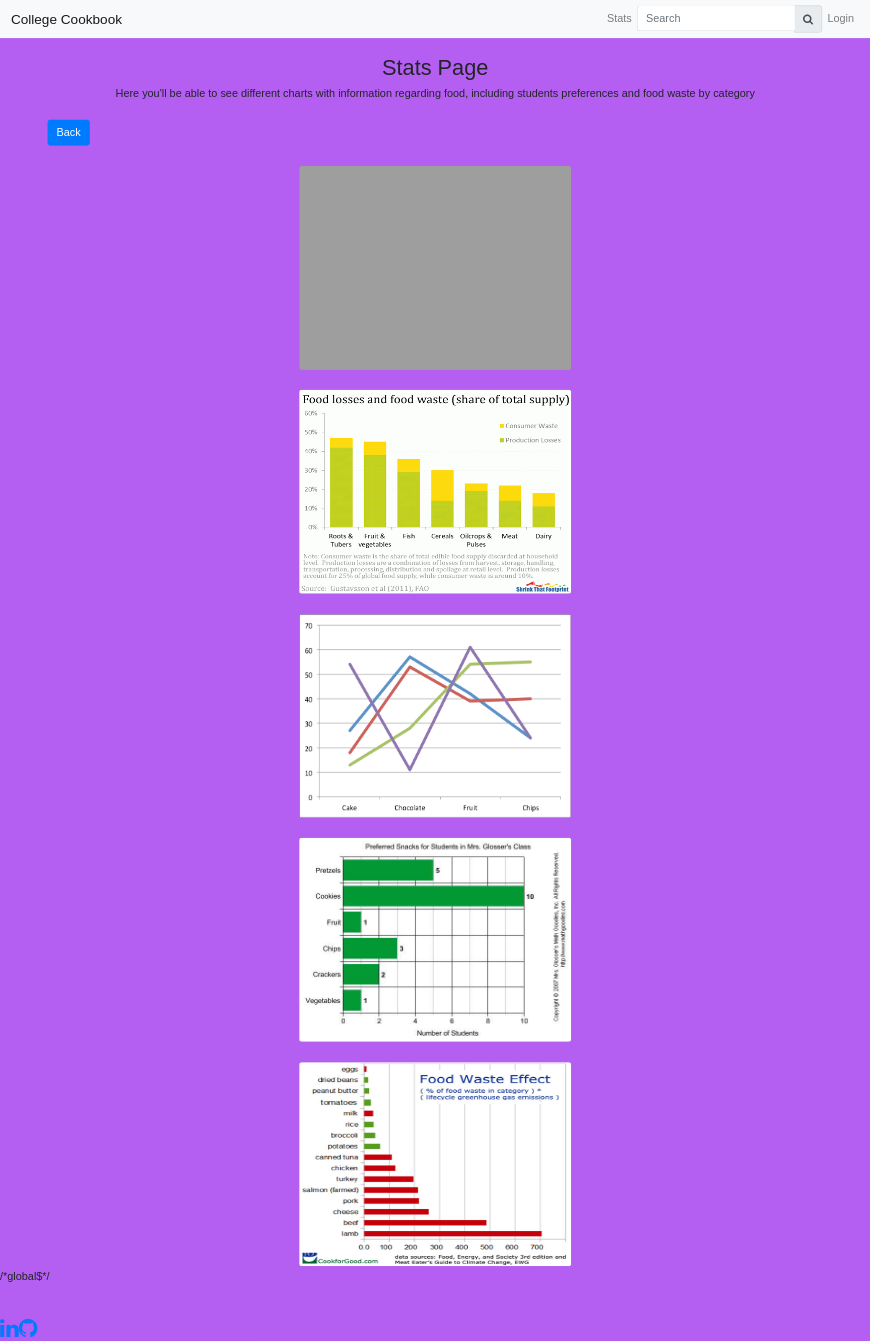
Repository: iiostefanos/college-cookbook
Page: http://localhost/stats
The author's editor kept a record of every edit. The page is drawn from the files as they stood at one moment, then again after the next edit.
The browser window is 1280 px wide. The pictures show the whole page, at 68% of full size.
Pictures or frames that could not be fetched are drawn as grey boxes. Some web libraries are served in a nearby version. The page is served by the project's application, run on Flask 3 (app.py). Queries for data that is not in the repository find no rows.

Above is the page before.

### templates/stats.html
{% extends 'base.html' %} {% block content %}

<h2 class="text-center">Stats Page</h2>
<p class="text-center">Here you'll be able to see different charts with information regarding food, including students preferences and food waste by category</p>

<div class="container h-100">
 <div class="row d-flex h-100">
    <div class="align-self-start mr-auto">
 <a class="btn btn-primary" href="{{url_for('get_recipes')}}">Back</a>
    </div>
  </div>
</div>

<div class="container">
    <div class="row justify-content-center charts">
    <img src="../static/img/chart1.jpg" class="img-fluid rounded" alt="Responsive image">
    </div>
</div>

<div class="container">
    <div class="row justify-content-center charts">
    <img src="../static/img/chart2.jpg" class="img-fluid rounded" alt="Responsive image">
    </div>
</div>

<div class="container">
    <div class="row justify-content-center charts">
    <img src="../static/img/chart3.png" class="img-fluid rounded" alt="Responsive image">
    </div>
</div>

<div class="container">
    <div class="row justify-content-center charts">
    <img src="../static/img/charts4.jpg" class="img-fluid rounded" alt="Responsive image">
    </div>
</div>

<div class="container">
    <div class="row justify-content-center charts">
    <img src="../static/img/chart5.jpg" class="img-fluid rounded" alt="Responsive image">
    </div>
</div>


























{% endblock %}

### templates/base.html
<!DOCTYPE html>
<html>
    <head>

        <!-- Bootstrap CSS -->
        <link rel="stylesheet" href="https://stackpath.bootstrapcdn.com/bootstrap/4.4.1/css/bootstrap.min.css" integrity="sha384-Vkoo8x4CGsO3+Hhxv8T/Q5PaXtkKtu6ug5TOeNV6gBiFeWPGFN9MuhOf23Q9Ifjh" crossorigin="anonymous">

        <!-- Custom CSS -->
        <link rel="stylesheet" href="{{url_for('static', filename='css/style.css')}}" type="text/css"/>
        <!-- Font awesome -->
        <link href="https://stackpath.bootstrapcdn.com/font-awesome/4.7.0/css/font-awesome.min.css" rel="stylesheet" integrity="sha384-wvfXpqpZZVQGK6TAh5PVlGOfQNHSoD2xbE+QkPxCAFlNEevoEH3Sl0sibVcOQVnN" crossorigin="anonymous">
    </head>
    <body>

        <header>
            <nav class="navbar navbar-expand-lg navbar-light bg-light">
  <a class="navbar-brand" href="{{url_for('get_recipes')}}">College Cookbook</a>
  <button class="navbar-toggler" type="button" data-toggle="collapse" data-target="#navbarNavAltMarkup" aria-controls="navbarNavAltMarkup" aria-expanded="false" aria-label="Toggle navigation">
    <span class="navbar-toggler-icon"></span>
  </button>
  <div class="collapse navbar-collapse" id="navbarNavAltMarkup">
    <div class="navbar-nav ml-auto">

      <a class="nav-item nav-link" href="{{url_for('stats')}}">Stats</a>
      <div class="input-group">
      <input class="form-control py-2 border-right-0 border" type="search" placeholder="Search">
      <div class="input-group-append">
          <div class="input-group-text" id="btnGroupAddon2"><i class="fa fa-search"></i></div>
      </div>
  </div>
      {% if user is defined %}
      <div class="navbar-collapse collapse">
      <ul class="nav navbar-nav navbar-center">
      <li class="nav-item dropdown">
        <a class="nav-link dropdown-toggle" href="#" id="navbarDropdown" role="button" data-toggle="dropdown" aria-haspopup="true" aria-expanded="false">
          Manage
        </a>
        <div class="dropdown-menu" aria-labelledby="navbarDropdown">
          <a class="dropdown-item" href="{{url_for('add_recipe', recipe_id = recipe_id)}}">Add a Recipe</a>
          <a class="dropdown-item" href="{{url_for('edit_recipe', recipe_id = recipe_id)}}">Edit Recipe</a>
          <div class="dropdown-divider"></div>
          <a class="dropdown-item" href="{{url_for('delete_recipe', recipe_id = recipe_id)}}">Delete Recipe</a></li>
          <br>
          <li><a class="navbar-nav navbar-left logout" href="{{ url_for('logout') }}">Log Out</a></li>
        </div>
        </div>



      </ul>
        {% else %}
      <a class="nav-item nav-link"  data-toggle="modal" data-target="#login" href="{{url_for('get_recipes')}}">Login</a>
      {% endif %}

    </div>
  </div>
</nav>

<br>
</header>



        {% block content %}
        {% endblock %}





<!-- Login Modal -->
<div class="modal fade" id="login" tabindex="-1" role="dialog" aria-labelledby="ModalLabel" aria-hidden="true">
  <div class="modal-dialog" role="document">
    <div class="modal-content">
      <div class="modal-header">
        <h5 class="modal-title" id="ModalLabel">Login to your account</h5>
        <button type="button" class="close" data-dismiss="modal" aria-label="Close">
          <span aria-hidden="true">&times;</span>
        </button>
      </div>
      <div class="modal-body">
        {% if message %}
    <p class=error><strong>Error:</strong> {{ message }}
  {% endif %}
        <form role="form" method=POST action="{{ url_for('login') }}">
                      <div class="form-group">
                        <label for="user"><i class="fa fa-user" aria-hidden="true"></i>
Username</label>
                          <input type="user" class="form-control" placeholder="Username" name="username" required value="{{
          request.form.username }}">
                      </div>
                      <div class="form-group">
                        <label for="password"><i class="fa fa-pencil-square-o" aria-hidden="true"></i>
Password</label>
                          <input type="password" class="form-control" placeholder="Password" name="password" required>
                      </div>

                  <br>
            <div>
                Don't have an account? <a data-toggle="modal" data-target="#register" data-dismiss="modal" href=''>Sign up here</a>
            </div>
      </div>
      <div class="modal-footer">
        <button type="button" class="btn btn-secondary" data-dismiss="modal">Close</button>
        <button type="submit" class="btn btn-primary"><i class="fa fa-sign-in" aria-hidden="true"></i>
Login </button>
      </form>
      </div>
    </div>
  </div>
</div>

          <!-- Signup Modal -->
<div class="modal fade" id="register" tabindex="-1" role="dialog" aria-labelledby="ModalLabel" aria-hidden="true">
  <div class="modal-dialog" role="document">
    <div class="modal-content">
      <div class="modal-header">
        <h5 class="modal-title" id="ModalLabel">Signup</h5>
        <button type="button" class="close" data-dismiss="modal" aria-label="Close">
          <span aria-hidden="true">&times;</span>
        </button>
      </div>
      <div class="modal-body">
         <form role="form" method=POST action="{{ url_for('register') }}">
                      <div class="form-group">
                        <label for="user"><i class="fa fa-user" aria-hidden="true"></i>
Username</label>
                          <input type="user" class="form-control" placeholder="Username" name="username" required>
                      </div>
                      <div class="form-group">
                        <label for="password"><i class="fa fa-pencil-square-o" aria-hidden="true"></i>
 Password</label>
                          <input type="password" class="form-control" placeholder="Password" name="password" required>
                      </div>
                      <div class="form-group">
                        <label for="password"><i class="fa fa-pencil-square-o" aria-hidden="true"></i>
Re-type Password</label>
                          <input type="password" class="form-control" placeholder="Re-type Password" name="password1" required>
                      </div>

      </div>
      <div class="modal-footer">
        <button type="button" class="btn btn-secondary" data-dismiss="modal">Close</button>
        <button type="submit" class="btn btn-primary"><i class="fa fa-user-plus" aria-hidden="true"></i>

Signup </button>
       </form>
      </div>
    </div>
  </div>
</div>


/*global$*/

        <script type="text/javascript" src="http://code.jquery.com/jquery-1.7.1.min.js"></script>
        <script src="https://code.jquery.com/jquery-3.4.1.slim.min.js" integrity="sha384-J6qa4849blE2+poT4WnyKhv5vZF5SrPo0iEjwBvKU7imGFAV0wwj1yYfoRSJoZ+n" crossorigin="anonymous"></script>
        <script src="https://cdn.jsdelivr.net/npm/popper.js@1.16.0/dist/umd/popper.min.js" integrity="sha384-Q6E9RHvbIyZFJoft+2mJbHaEWldlvI9IOYy5n3zV9zzTtmI3UksdQRVvoxMfooAo" crossorigin="anonymous"></script>
        <script src="https://stackpath.bootstrapcdn.com/bootstrap/4.4.1/js/bootstrap.min.js" integrity="sha384-wfSDF2E50Y2D1uUdj0O3uMBJnjuUD4Ih7YwaYd1iqfktj0Uod8GCExl3Og8ifwB6" crossorigin="anonymous"></script>

        <script type="text/javascript">

   window.setTimeout(function() {
    $(".alert").fadeTo(500, 0).slideUp(500, function(){
        $(this).remove();
    });
}, 2000);
</script>
     <!-- Footer -->
		<footer id="footer" class="container-fluid">
			<div class="row pt-5">
					<a class="text-center" href="https://www.linkedin.com/" target="_blank">
						<i class="fa fa-linkedin fa-2x"></i>
					</a>
					<a class="text-center" href="https://www.instagram.com/" target="_blank">
						<i class="fa fa-github fa-2x" aria-hidden="true"></i>
					</a>
				</div>
			</div>
		</footer>


    </body>
</html>

### app.py
import os
from flask import Flask, render_template, redirect, request, url_for, session, flash
from flask_pymongo import PyMongo
import bcrypt
from werkzeug.security import generate_password_hash, check_password_hash
from bson.objectid import ObjectId
from os import path

if path.exists("env.py"):
    import env

app = Flask(__name__)

app.config["MONGO_DBNAME"] = 'college_cookbook'
app.config["MONGO_URI"] = os.environ["MONGO_URI"]
app.config['SECRET_KEY'] = os.urandom(24)
mongo = PyMongo(app)

# Collections

users_collection = mongo.db.users
recipes_collection = mongo.db.recipes

# Login
@app.route('/login', methods=['GET', 'POST'])
def login():
	form = request.form.to_dict()
	user_in_db = users_collection.find_one({'username': form['username']})
	# Check for user in database
	if user_in_db:
		# If passwords match (hashed / real password)
		if check_password_hash(user_in_db['password'], form['password']):
			# Log user in (add to session)
			session['user'] = form['username']
			# If the user is admin redirect him to admin area
			if session['user'] == "user":
				return redirect(url_for('get_recipes'))
			else:
				flash("Logged in successful!")
				return redirect(url_for('get_recipes', user=user_in_db['username']))

		else:
			flash("Wrong password or username!")
			flash("Try login again")
			return redirect(url_for('get_recipes'))
	else:
		flash("You need to signup !")
		return redirect(url_for('get_recipes'))



# Sign up
@app.route('/register', methods=['GET', 'POST'])
def register():
	# Check if user is not logged in already
	if 'user' in session:
		flash('Already sign in!')
		return redirect(url_for('get_recipes'))
	if request.method == 'POST':
		form = request.form.to_dict()
		# Check if the password and password1 actually match
		if form['password'] == form['password1']:
			# If so try to find the user in db
			user = users_collection.find_one({"username" : form['username']})
			print(form)
			if user:
				flash(f"{form['username']} already exists!")
				return redirect(url_for('get_recipes'))
			# If user does not exist register new user
			else:
				# Hash password
				hash_pass = generate_password_hash(form['password'])
				#Create new user with hashed password
				users_collection.insert_one(
					{
						'username': form['username'],
						'password': hash_pass
					}
				)
				# Check if user is actually saved
				user_in_db = users_collection.find_one({"username": form['username']})
				if user_in_db:
					# Log user in (add to session)
					session['user'] = user_in_db['username']
					return redirect(url_for('get_recipes', user=user_in_db['username']))
				else:
					flash("There was a problem saving your profile")
					return redirect(url_for('get_recipes'))

		else:
			flash("Passwords don't match!")
			return redirect(url_for('get_recipes'))

	return render_template("recipes")

# Log out
@app.route('/logout')
def logout():
	# Clear the session
	session.clear()
	flash('You were logged out!')
	return redirect(url_for('get_recipes'))

@app.route('/')
@app.route('/get_recipes')
def get_recipes():
    if 'user' in session:
      return render_template("recipes.html", recipes=mongo.db.recipes.find(), user = session['user'])
    else:
      return render_template("recipes.html", recipes=mongo.db.recipes.find())



@app.route('/stats')
def stats():
    return render_template("stats.html",
    recipes=mongo.db.recipes.find())


@app.route('/add_recipe/<recipe_id>')
def add_recipe():
    if 'user' in session:
        categories=mongo.db.categories.find()
        return render_template('add_recipe.html', categories = categories)
    else:
        return render_template("recipes.html", recipes=mongo.db.recipes.find())

@app.route ('/insert_recipe/<recipe_id>', methods=['POST'])
def insert_recipe():
    recipes=mongo.db.recipes
    recipes.insert_one(request.form.to_dict())
    return redirect(url_for('get_recipes'))

@app.route('/edit_recipe/<recipe_id>', methods=['POST'])
def edit_recipe(recipe_id):
    if 'user' in session:
        the_recipe = mongo.db.recipes.find_one({"_id": ObjectId(recipe_id)})
        all_categories = mongo.db.categories.find()
        return render_template('edit_recipe.html', recipe=the_recipe, categories=all_categories)
    else:
        return render_template("recipes.html", recipes=mongo.db.recipes.find())

@app.route('/update_recipe/<recipe_id>', methods=['POST'])
def update_recipe(recipe_id):
    recipes=mongo.db.recipes
    recipes.update_one({'_id': ObjectId(recipe_id)},
    { "$set":
       {
        "category_name":request.form.get('category_name'),
        "recipe_name":request.form.get('recipe_name'),
        "recipe_image":request.form.get('recipe_image'),
        "Serves":request.form.get('Serves'),
        "Prep_Time":request.form.get('Prep_Time'),
        "Cook_Time":request.form.get('Cook_Time'),
        "recipe_description":request.form.get('recipe_description'),
        "Author":request.form.get('Author'),
        "Ingredients":request.form.get('Ingredients'),
        "Instructions":request.form.get('Instructions')
        }
     }
    )
    return redirect(url_for('get_recipes'))



@app.route('/delete_recipe/<recipe_id>', methods=['POST'])
def delete_recipe(recipe_id):
    if 'user' in session:
        mongo.db.recipes.remove({'_id': ObjectId(recipe_id)})
        flash('Recipe deleted')
    return redirect(url_for('get_recipes'))


if __name__ == '__main__':
    app.run(host=os.environ.get('IP'),
            port=int(os.environ.get('PORT')),
            debug=True)

### static/css/style.css
body {
    background-color: #b45ef2;
    background-repeat: repeat-x;
    font-family: Arial, Helvetica, sans-serif;

    }

.btn-small
{
    height: 24px;
    width: 60px;
    line-height: 24px;
    margin: 5px 5px;
    padding: 0 0.5em;
}

.recipe-header {
    margin-top: 5px;
}

.signup {
  text-align:center;
  margin-top: 4px;
}

.videoframe {
  width:560px;
  height:315px;
  padding-right: 34px;
}

.card {
  padding-right: 3px;
  margin: 0 5px;
}

.card-img-top {
height: 300px;
width: 350px;
}

.invite{
  padding-top: 24px;
}

.charts img {


    width:  400px;
    height: 300px;
    background-size: cover;
}


.container {
  margin-top: 2%;
  padding-bottom: 4px;
}
.inner {
  overflow: hidden;
}

.inner img{
  transition: all 1.5s ease;
}

.inner:hover img {
  transform: scale(1.5);
}

.navbar-nav.navbar-center {
    position: absolute;
    left: 50%;
    transform: translatex(-50%);
}
.navbar-nav.navbar-center2 {
    position: absolute;
    left: 25%;
    transform: translatex(-50%);
}

.logout {
  margin-top: 3px;
  padding: 5px;
}

After the next edit:
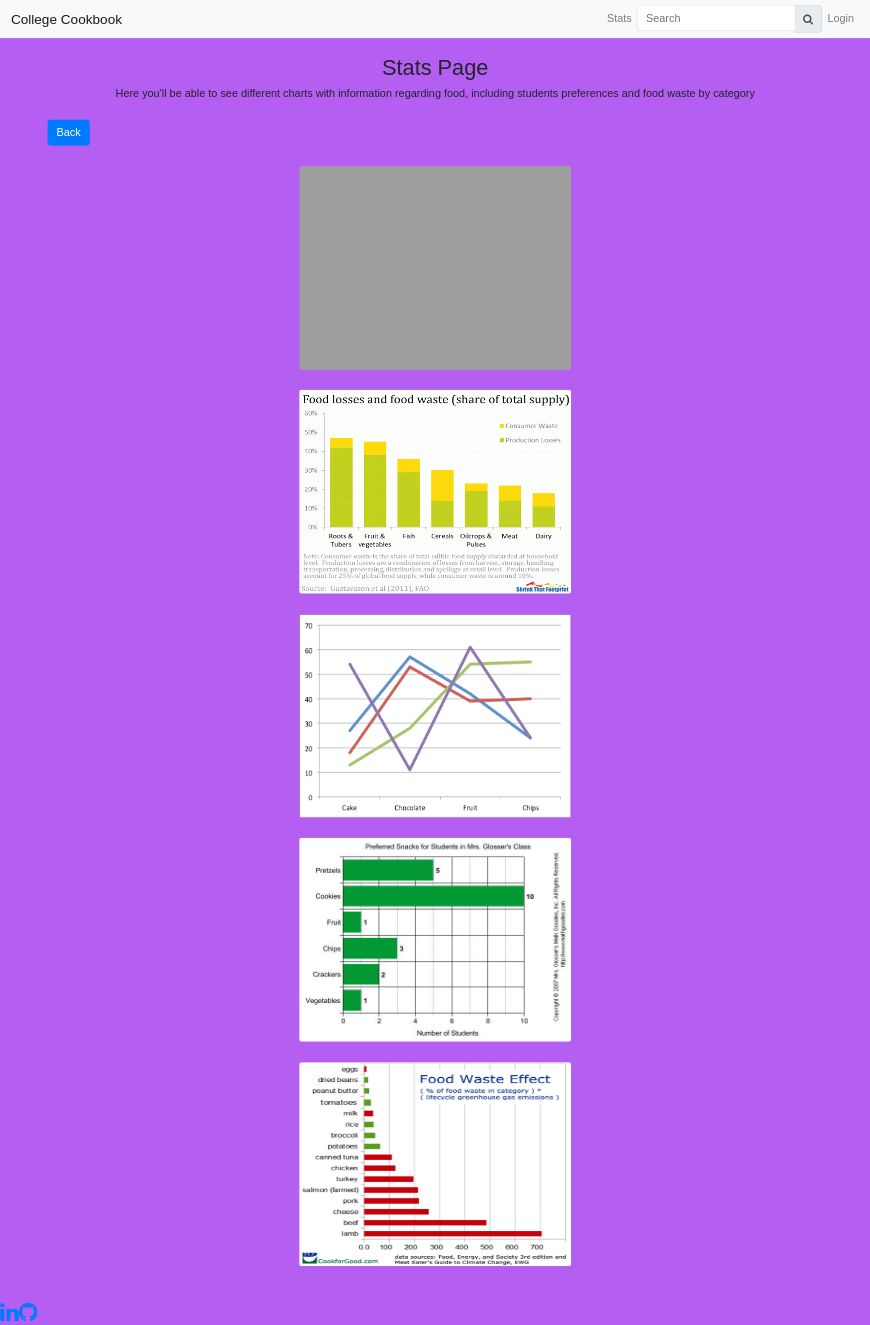
The edit:
--- a/templates/base.html
+++ b/templates/base.html
@@ -151,7 +151,6 @@
 </div>
 
 
-/*global$*/
 
         <script type="text/javascript" src="http://code.jquery.com/jquery-1.7.1.min.js"></script>
         <script src="https://code.jquery.com/jquery-3.4.1.slim.min.js" integrity="sha384-J6qa4849blE2+poT4WnyKhv5vZF5SrPo0iEjwBvKU7imGFAV0wwj1yYfoRSJoZ+n" crossorigin="anonymous"></script>
